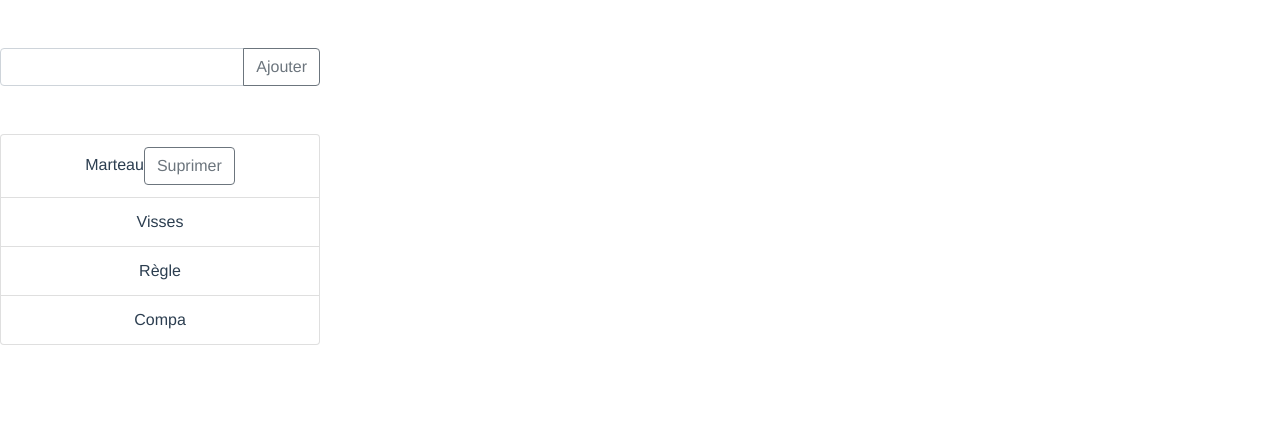
Repository: corentin-e-student/test-vue
Page: /
These files come from the project's save history. The page is drawn as it stood at one moment and after the next save; the edit follows.
The browser window is 1280 px wide. The pictures show the whole page.
The project was rebuilt for these pictures with package versions that can differ from the ones it lists, and the page was loaded fresh each time. Also part of the build but not shown: vue.config.js.

Above is the page before, as saved 2023-02-28 14:51:29.

After the next save:
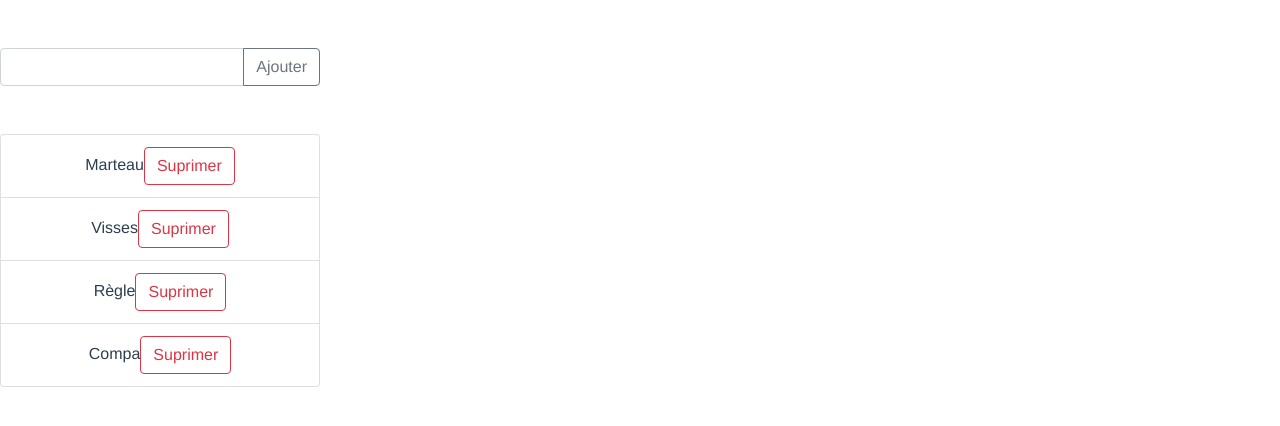
Saved 31 s later.
--- a/src/components/TodoList.vue
+++ b/src/components/TodoList.vue
@@ -1,10 +1,10 @@
 <template>
     <div class="hello">
         <b-list-group class="mt-5 w-25">
-            <b-list-group-item>Marteau<b-button variant="outline-secondary">Suprimer</b-button></b-list-group-item>
-            <b-list-group-item>Visses</b-list-group-item>
-            <b-list-group-item>Règle</b-list-group-item>
-            <b-list-group-item>Compa</b-list-group-item>
+            <b-list-group-item>Marteau<b-button variant="outline-danger">Suprimer</b-button></b-list-group-item>
+            <b-list-group-item>Visses<b-button variant="outline-danger">Suprimer</b-button></b-list-group-item>
+            <b-list-group-item>Règle<b-button variant="outline-danger">Suprimer</b-button></b-list-group-item>
+            <b-list-group-item>Compa<b-button variant="outline-danger">Suprimer</b-button></b-list-group-item>
         </b-list-group>
     </div>
   </template>
